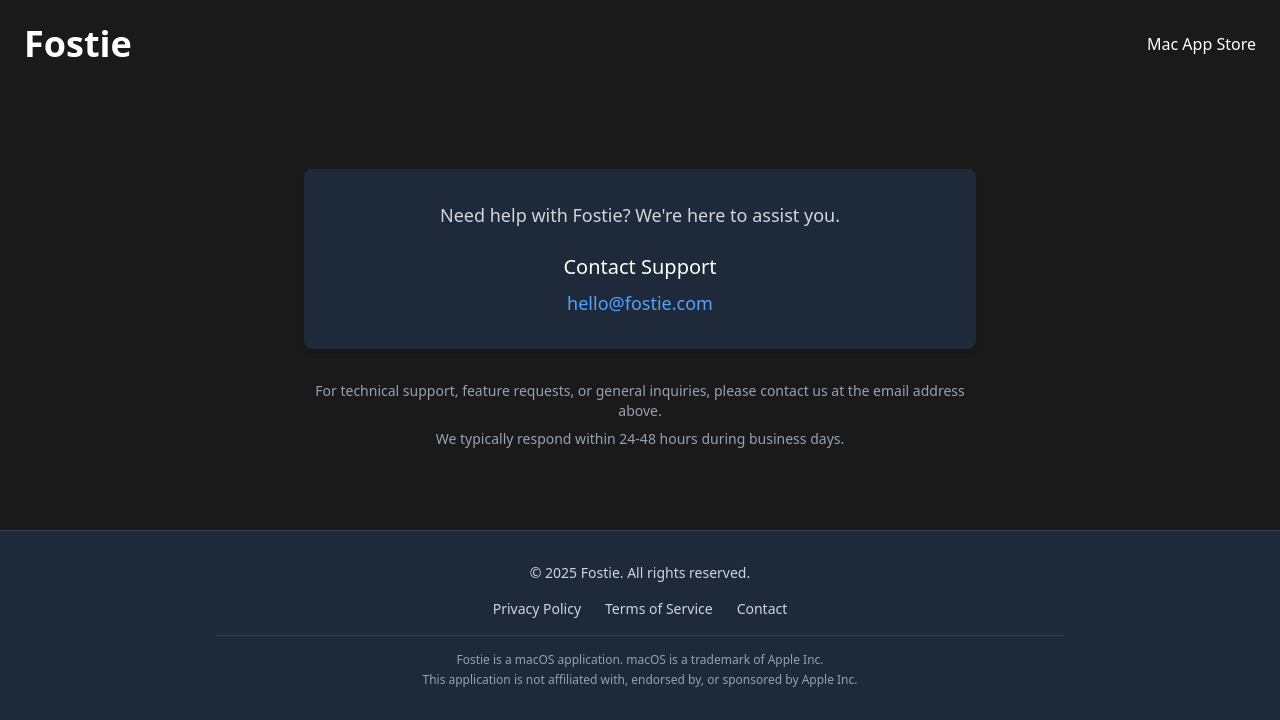
Repository: atimael/fostie-web
Page: /
These files come from the project's save history. The page is drawn as it stood at one moment and after the next save; the edit follows.
The browser window is 1280 px wide. The pictures show the whole page.
The project was rebuilt for these pictures with package versions that can differ from the ones it lists, and the page was loaded fresh each time. The framework's server and built-in components were replaced by stand-ins that run in the browser. Also part of the build but not shown: next.config.js.

Above is the page before, as saved 2025-05-26 21:53:17.

After the next save:
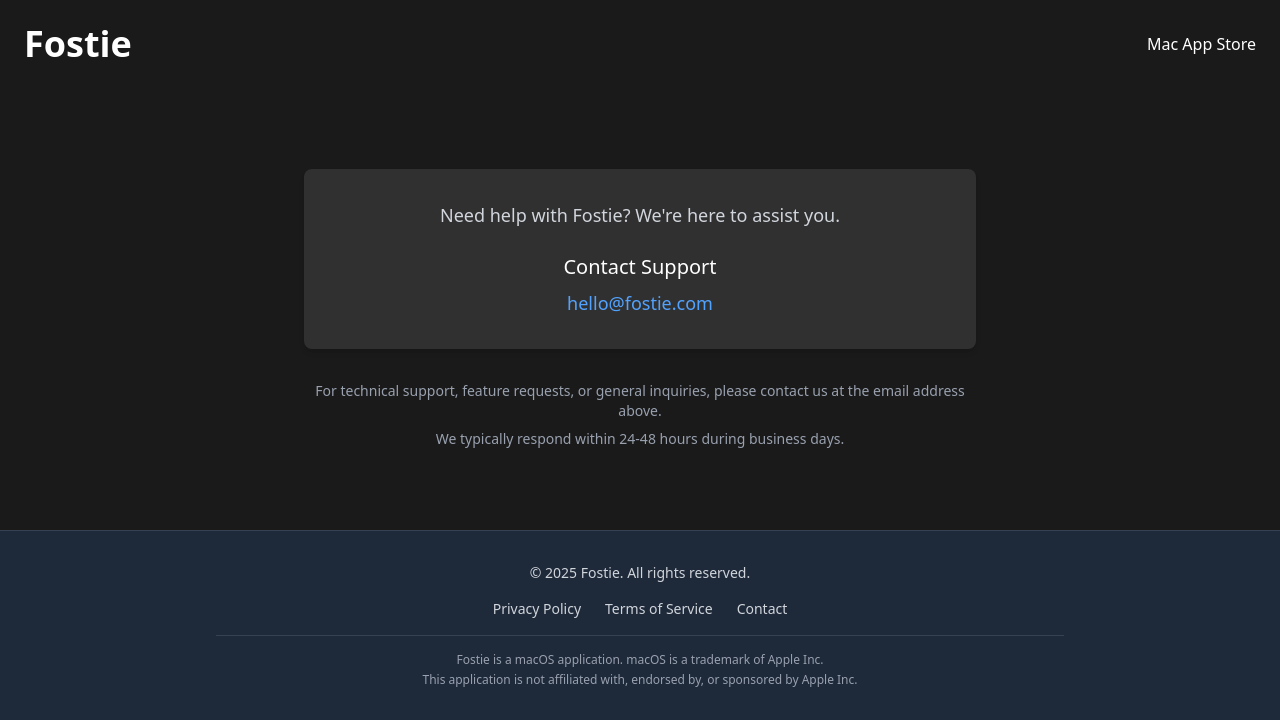
Saved 84 s later.
--- a/components/main.tsx
+++ b/components/main.tsx
@@ -2,7 +2,7 @@
   return (
     <div className="flex-1 flex items-center justify-center px-6 py-12">
       <div className="max-w-2xl mx-auto text-center">
-        <div className="bg-white dark:bg-gray-800 rounded-lg shadow-md p-8 mb-8">
+        <div className=" dark:bg-[#303030] rounded-lg shadow-md p-8 mb-8">
           <p className="text-lg text-gray-700 dark:text-gray-300 mb-6">
             Need help with Fostie? We're here to assist you.
           </p>
